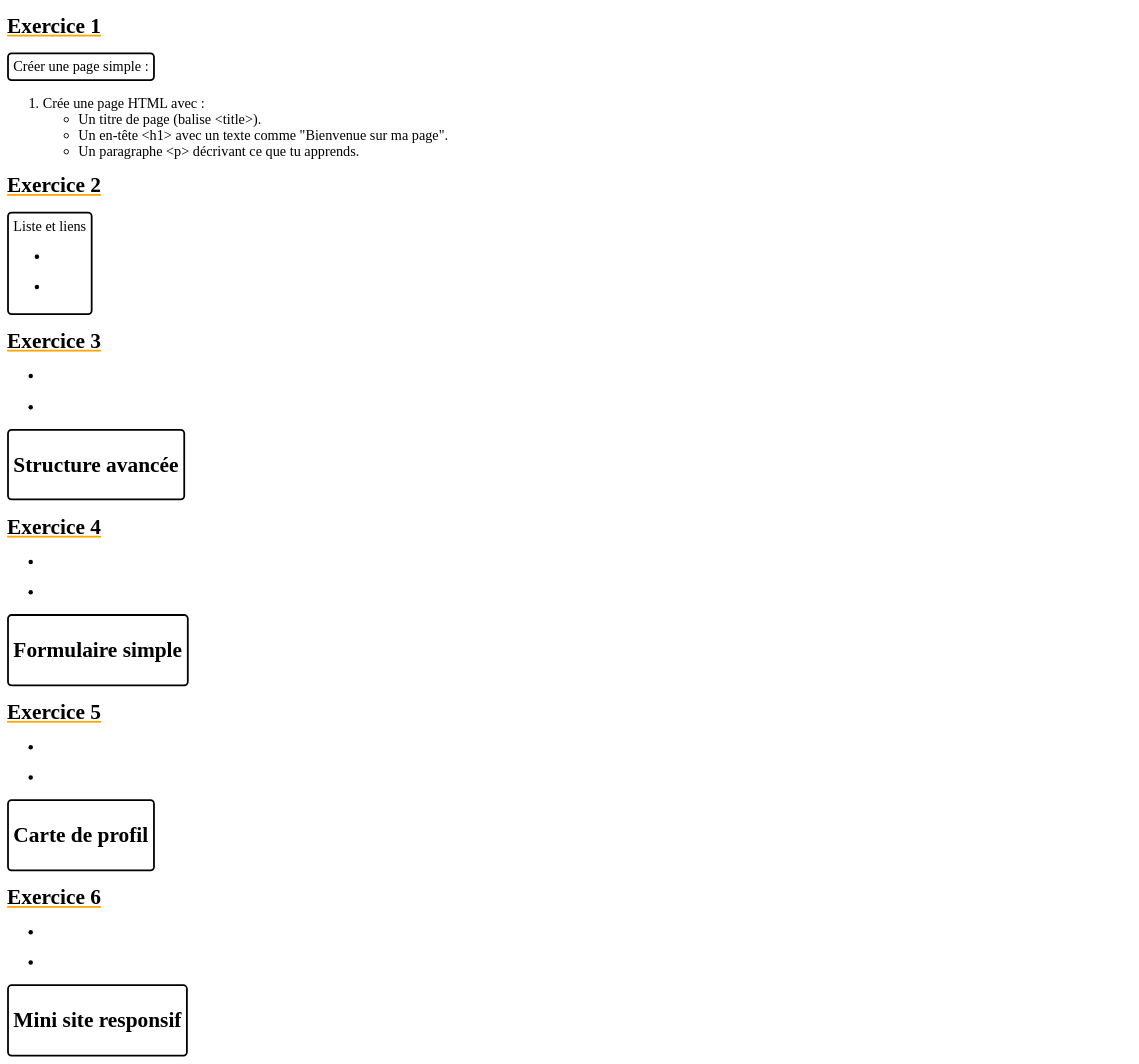
Repository: AnnaSpirit/Mimo_App
Page: Exercices_HTML&CSS.html
The author's editor kept a copy of each file at every save. The page is drawn from the files as they stood at one save, then again after a run of saves.
The browser window is 1280 px wide. The pictures show the whole page, at 89% of full size.

Above is the page before, as saved 2024-12-05 16:57:28.

After the next 2 saves:
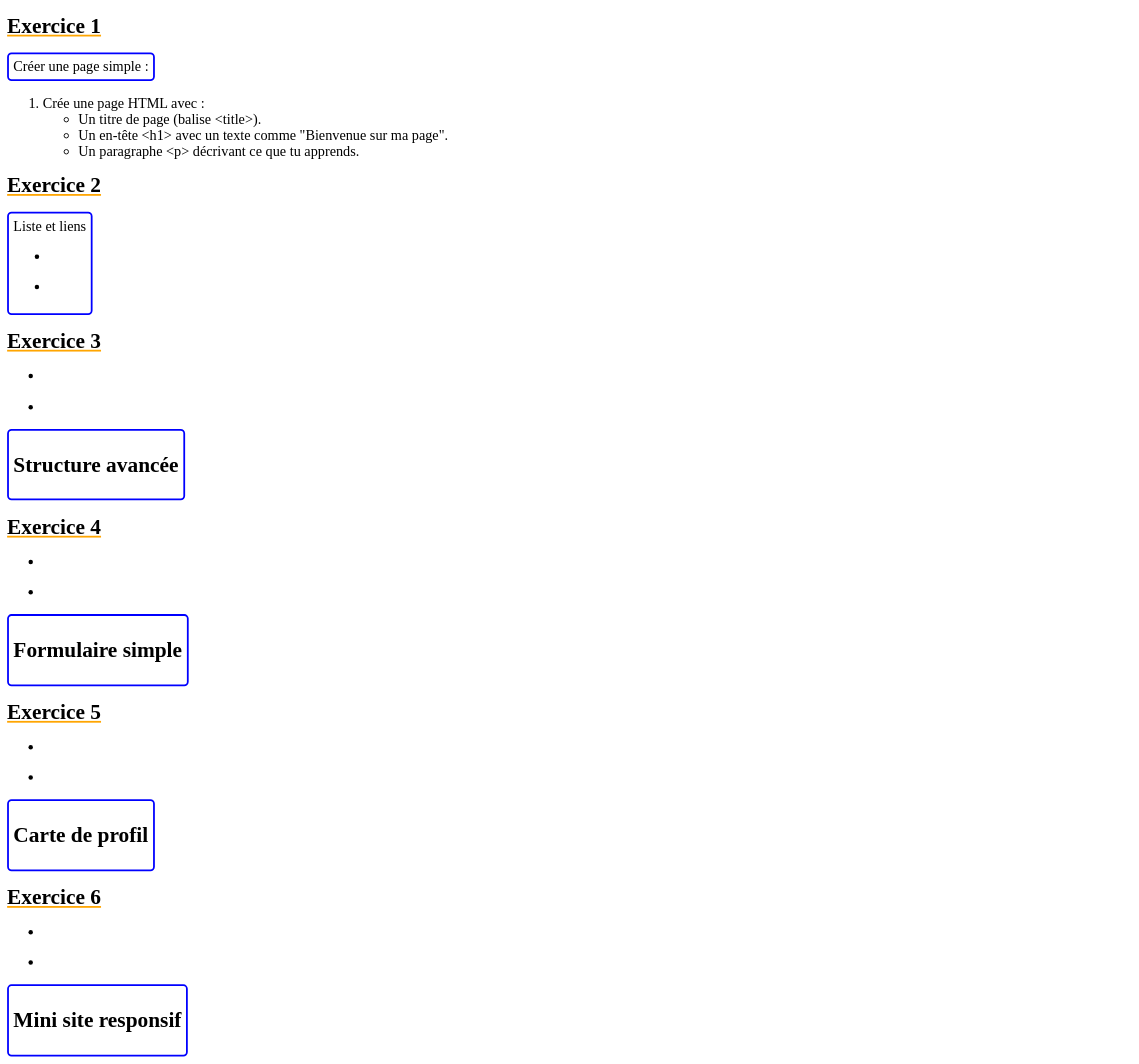
The 2 saves are shown as one change because they came seconds apart.
The last was saved 67 s later.
--- a/styleCSS.css
+++ b/styleCSS.css
@@ -4,7 +4,7 @@
     text-decoration: underline orange;
 }
 .Consigne{
-    border: 2px solid black;
+    border: 2px solid blue;
     /* Une bordure noire de 2px */
     padding: 5px;
     /* Espace entre le texte et la bordure */
